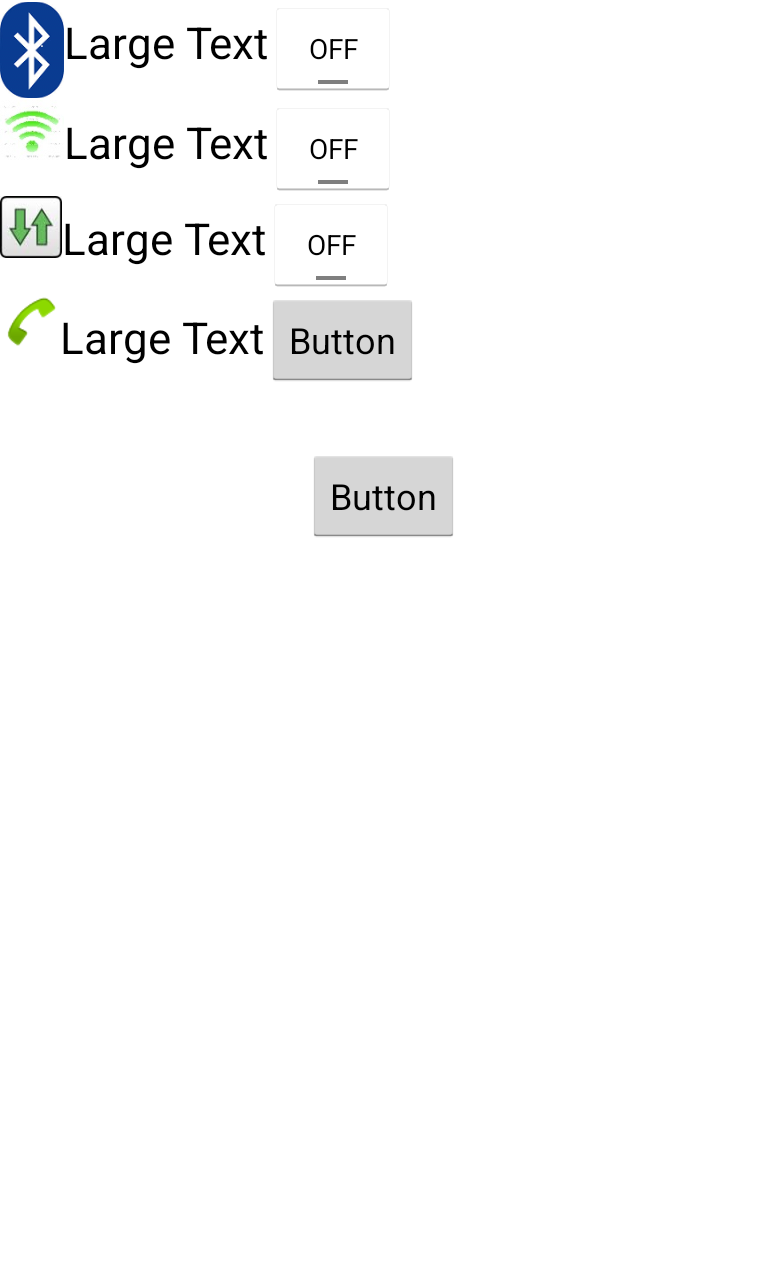
Repository: born2behappy18/meetingMiliue
Layout: MeetingMileu/res/layout/toggle.xml
These files come from the project's save history. The layout is drawn as it stood at one moment and after the next save; the edit follows.
It is drawn on a 768 x 1280 px phone screen (xhdpi) without system bars, with theme AppTheme; the app's code is not run.

Above is the layout before, as saved 2015-10-13 10:52:36.

### MeetingMileu/res/layout/toggle.xml
<?xml version="1.0" encoding="utf-8"?>
<LinearLayout xmlns:android="http://schemas.android.com/apk/res/android"
    android:layout_width="match_parent"
    android:layout_height="match_parent"
    android:orientation="vertical" >

<LinearLayout
    android:layout_width="fill_parent"
    android:layout_height="wrap_content"
    android:orientation="horizontal" >

    <ImageView
        android:id="@+id/imageView2"
        android:layout_width="32dp"
        android:layout_height="50dp"
        android:src="@drawable/bluetooth" />

    <TextView
        android:id="@+id/textView1"
        android:layout_width="wrap_content"
        android:layout_height="wrap_content"
        android:text="Large Text"
        android:textAppearance="?android:attr/textAppearanceLarge" />

    <ToggleButton
        android:id="@+id/toggleButton1"
        android:layout_width="wrap_content"
        android:layout_height="wrap_content"
        android:text="ToggleButton" />
</LinearLayout>
<LinearLayout
    android:layout_width="match_parent"
    android:layout_height="wrap_content"
    android:orientation="horizontal" >

    <ImageView
        android:id="@+id/imageView3"
        android:layout_width="32dp"
        android:layout_height="30dp"
        android:src="@drawable/wifi" />

    <TextView
        android:id="@+id/textView2"
        android:layout_width="wrap_content"
        android:layout_height="wrap_content"
        android:text="Large Text"
        android:textAppearance="?android:attr/textAppearanceLarge" />

    <ToggleButton
        android:id="@+id/toggleButton2"
        android:layout_width="wrap_content"
        android:layout_height="wrap_content"
        android:text="ToggleButton" />
</LinearLayout>
<LinearLayout
    android:layout_width="match_parent"
    android:layout_height="wrap_content"
    android:orientation="horizontal" >

    <ImageView
        android:id="@+id/imageView4"
        android:layout_width="31dp"
        android:layout_height="31dp"
        android:src="@drawable/mobiledata" />

    <TextView
        android:id="@+id/textView4"
        android:layout_width="wrap_content"
        android:layout_height="wrap_content"
        android:text="Large Text"
        android:textAppearance="?android:attr/textAppearanceLarge" />

    <ToggleButton
        android:id="@+id/toggleButton3"
        android:layout_width="wrap_content"
        android:layout_height="wrap_content"
        android:text="ToggleButton" />
</LinearLayout>
<LinearLayout
    android:layout_width="match_parent"
    android:layout_height="wrap_content"
    android:orientation="horizontal" >

    <ImageView
        android:id="@+id/imageView1"
        android:layout_width="wrap_content"
        android:layout_height="wrap_content"
        android:src="@android:drawable/sym_action_call" />

    <TextView
        android:id="@+id/textView3"
        android:layout_width="wrap_content"
        android:layout_height="wrap_content"
        android:text="Large Text"
        android:textAppearance="?android:attr/textAppearanceLarge" />

    <Button
        android:id="@+id/button1"
        android:layout_width="wrap_content"
        android:layout_height="wrap_content"
        android:text="Button" />
</LinearLayout>
    <Button
        android:id="@+id/button5"
        android:layout_width="wrap_content"
        android:layout_height="wrap_content"
        android:text="Button"
        android:layout_gravity="center_horizontal"
        android:layout_marginTop="30dp" />

</LinearLayout>

Loaded but not shown: MeetingMileu/res/values/styles.xml (common file); MeetingMileu/res/values-v11/styles.xml (common file); MeetingMileu/res/values-v14/styles.xml (common file)

After the next save:
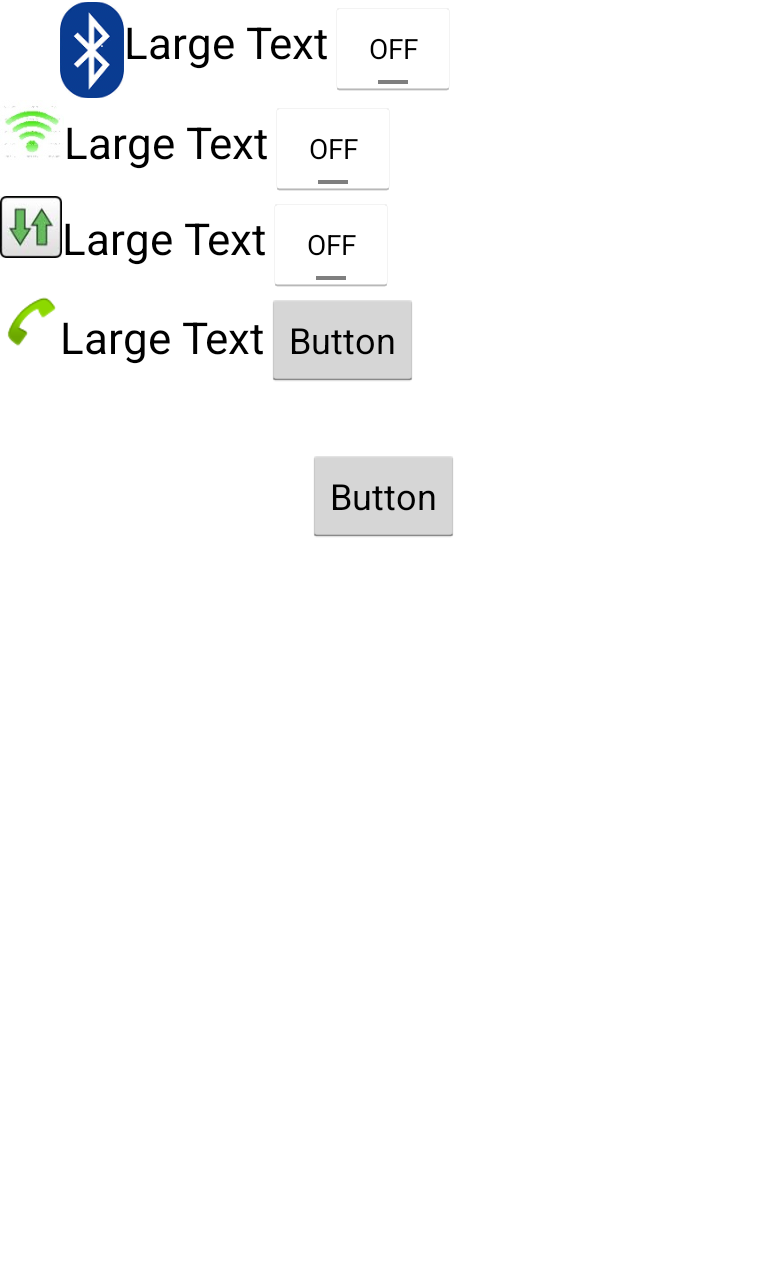
Saved 30 s later.
--- a/MeetingMileu/res/layout/toggle.xml
+++ b/MeetingMileu/res/layout/toggle.xml
@@ -13,7 +13,8 @@
         android:id="@+id/imageView2"
         android:layout_width="32dp"
         android:layout_height="50dp"
-        android:src="@drawable/bluetooth" />
+        android:src="@drawable/bluetooth"
+        android:layout_marginLeft="30dp" />
 
     <TextView
         android:id="@+id/textView1"
